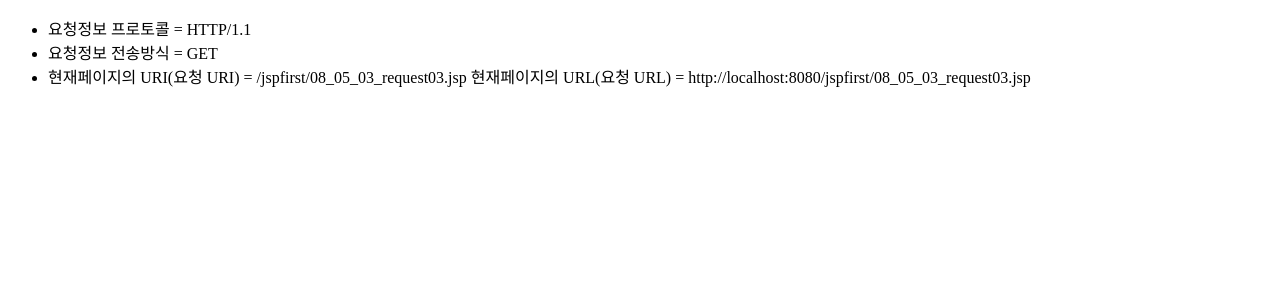
Repository: zhyuk/FullStackStudy
Page: http://localhost/jspfirst/08_05_03_request03.jsp
These files come from the project's save history. The page is drawn as it stood at one moment and after the next save; the edit follows.
The browser window is 1280 px wide. The pictures show the whole page.
The page is served by Tomcat 9.

Above is the page before, as saved 2024-08-28 00:34:24.

After the next save:
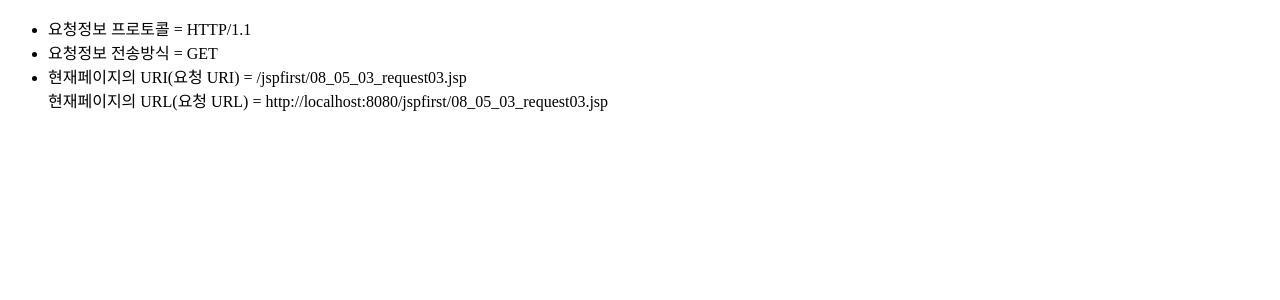
Saved 5 s later.
--- a/jsp/jspwork/jspfirst/src/main/webapp/08_05_03_request03.jsp
+++ b/jsp/jspwork/jspfirst/src/main/webapp/08_05_03_request03.jsp
@@ -11,8 +11,8 @@
 		<li>요청정보 프로토콜 = <%= request.getProtocol() %></li>
 		<li>요청정보 전송방식 = <%= request.getMethod() %></li>
 		<li>
-			현재페이지의 URI(요청 URI) = <%= request.getRequestURI() %>
-			현재페이지의 URL(요청 URL) = <%= request.getRequestURL() %>
+			현재페이지의 URI(요청 URI) = <%= request.getRequestURI() %><br>
+			현재페이지의 URL(요청 URL) = <%= request.getRequestURL() %><br>
 		</li>
 	</ul>
 </body>
